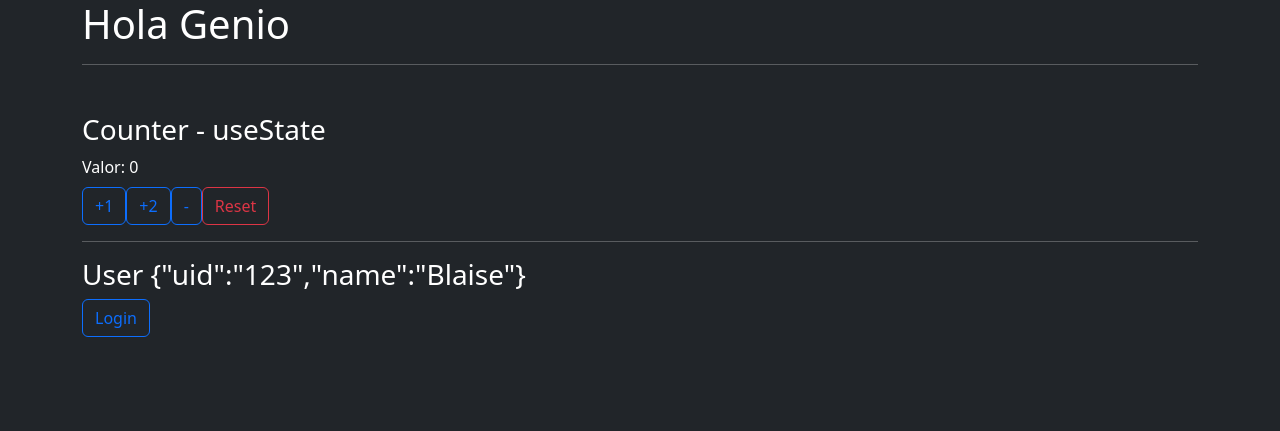
Repository: ChristianGecchelin/Typescript-Course1
Page: /
The author's editor kept a copy of each file at every save. The page is drawn from the files as they stood at one save, then again after the next save.
The browser window is 1280 px wide. The pictures show the whole page.
The project was rebuilt for these pictures with package versions that can differ from the ones it lists, and the page was loaded fresh each time.

Above is the page before, as saved 2022-08-16 13:49:51.

After the next save:
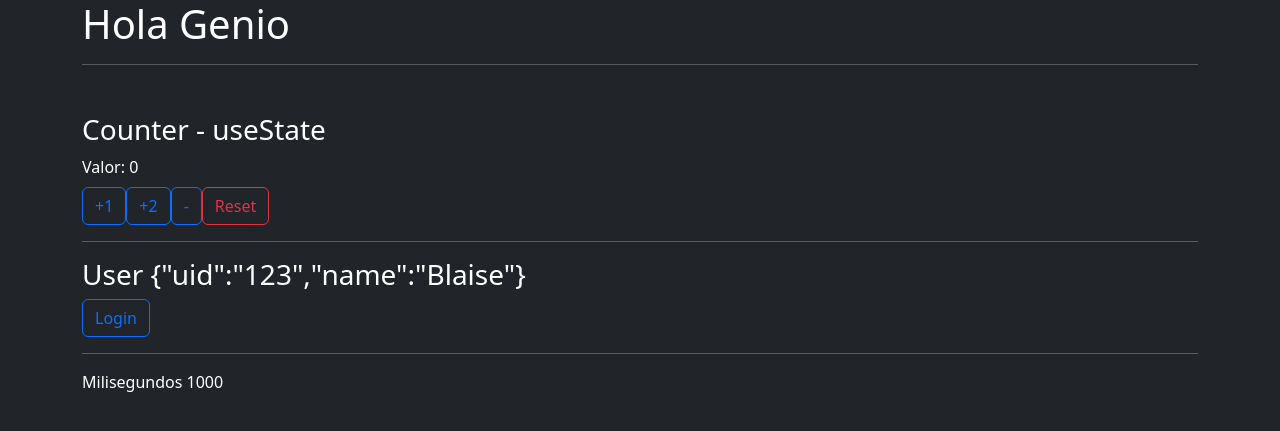
Saved 11 s later.
--- a/src/App.tsx
+++ b/src/App.tsx
@@ -1,4 +1,5 @@
 import { Counter } from "./components/Counter";
+import { TimerPadre } from "./components/TimerPadre";
 import { Usuario } from "./components/Usuario";
 
 function App() {
@@ -9,6 +10,8 @@ function App() {
       <Counter/>
       <hr />
       <Usuario/>
+      <hr />
+      <TimerPadre/>
     </>
   );
 }
